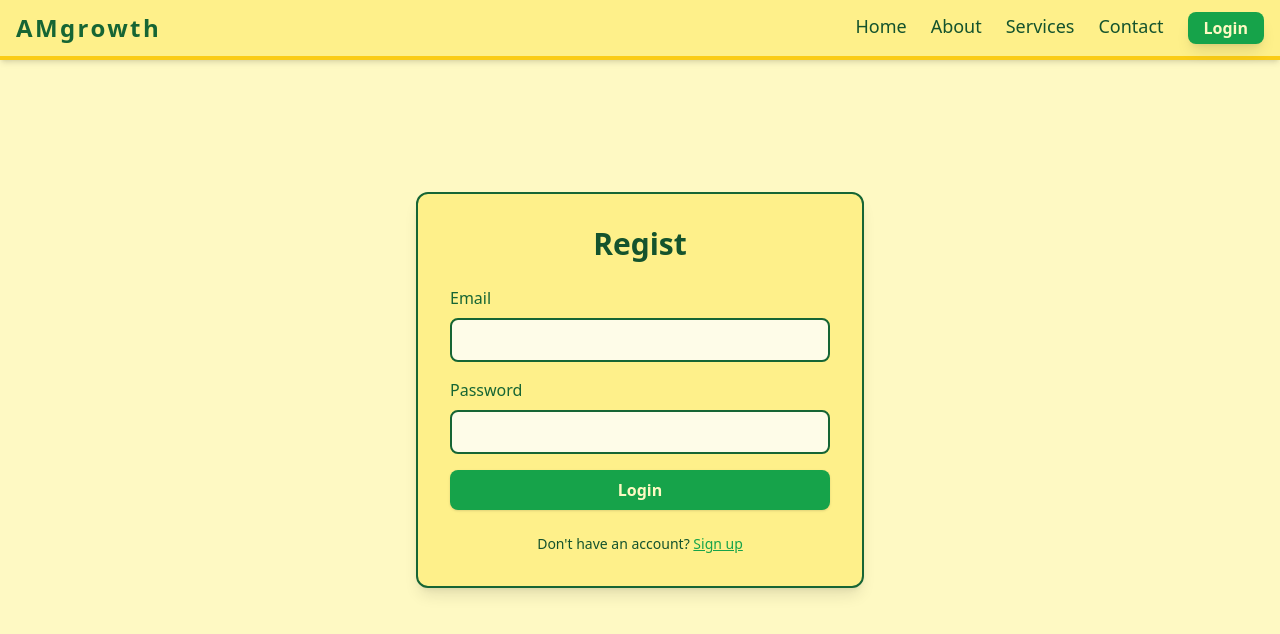
Repository: ArievfRahman-Dev/Mini-Project-II
Page: /regist (app in miniproject2/)
An editor plug-in stored every save of this project. The page is shown before and after the next save, followed by the edit.
The browser window is 1280 px wide. The pictures show the whole page.
The project was rebuilt for these pictures with package versions that can differ from the ones it lists, and the page was loaded fresh each time. Also part of the build but not shown: miniproject2/vite.config.js, miniproject2/src/pages/HomePage/index.jsx, miniproject2/src/pages/DetailUser/index.jsx, miniproject2/src/pages/LoginPage/index.jsx, miniproject2/src/routes/ProtectedRoute.jsx.

Above is the page before, as saved 2024-12-16 22:10:52.

After the next save:
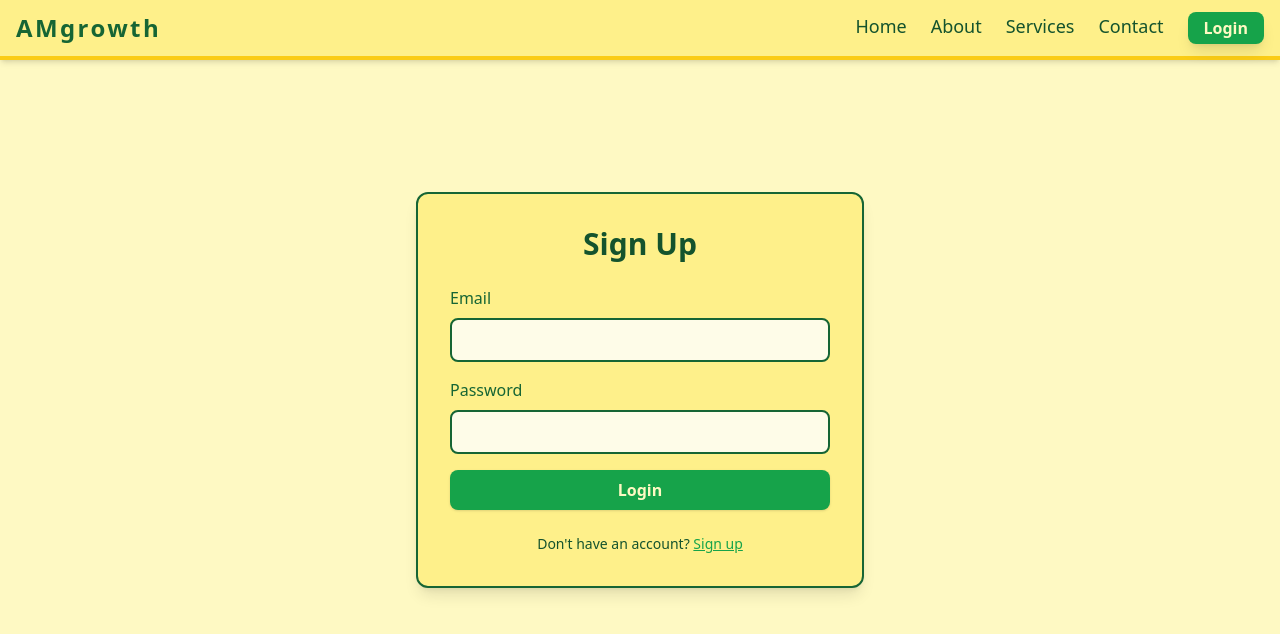
Saved 30 s later.
--- a/miniproject2/src/pages/RegisterPages/index.jsx
+++ b/miniproject2/src/pages/RegisterPages/index.jsx
@@ -46,7 +46,7 @@ export const RegisterPage = () => {
       <div className="flex flex-1 items-center justify-center p-4">
         <div className="bg-yellow-200 p-8 rounded-xl shadow-lg w-full max-w-md border-2 border-green-800">
           <h1 className="text-3xl font-bold text-center text-green-900 retro-font mb-6">
-            Regist
+            Sign Up
           </h1>
           <form>
             <div className="mb-4">
